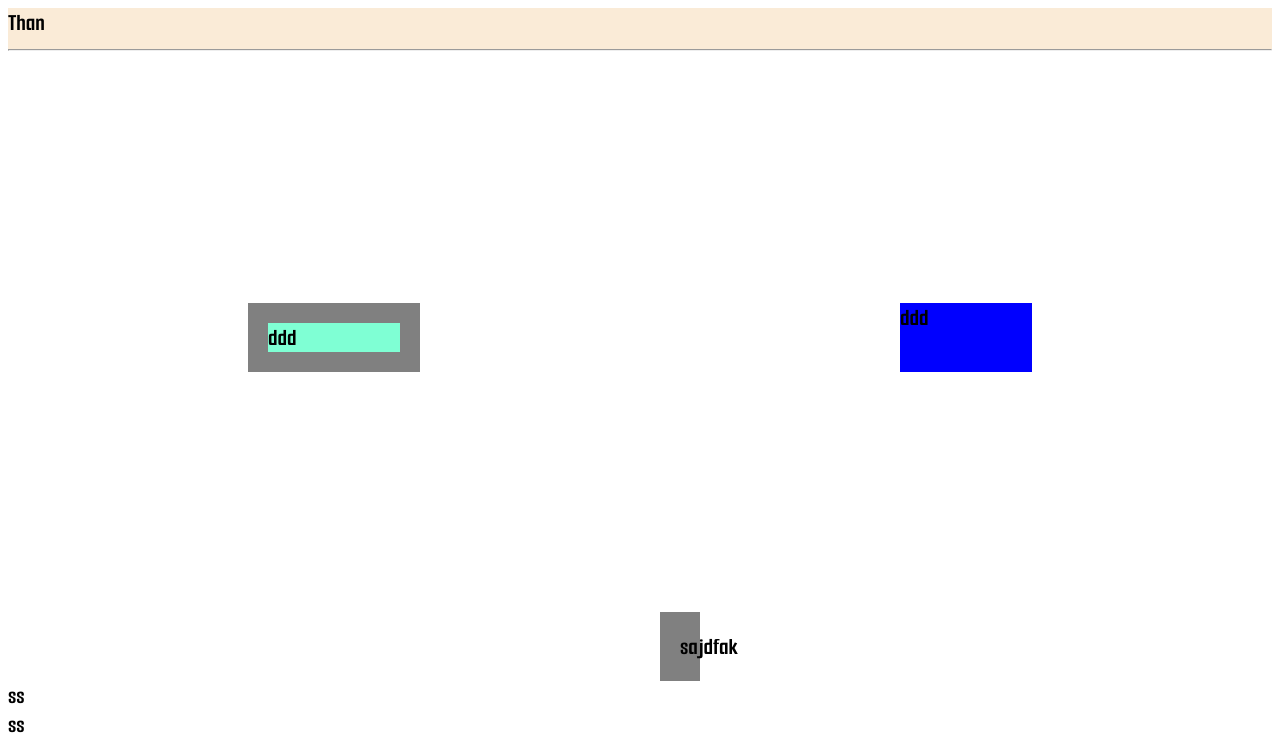
Repository: Than-dot/Than-dot
Page: index.html
An editor plug-in stored every save of this project. The page is shown before and after the next save, followed by the edit.
The browser window is 1280 px wide. The pictures show the whole page.

Above is the page before, as saved 2026-04-22 12:44:46.

After the next save:
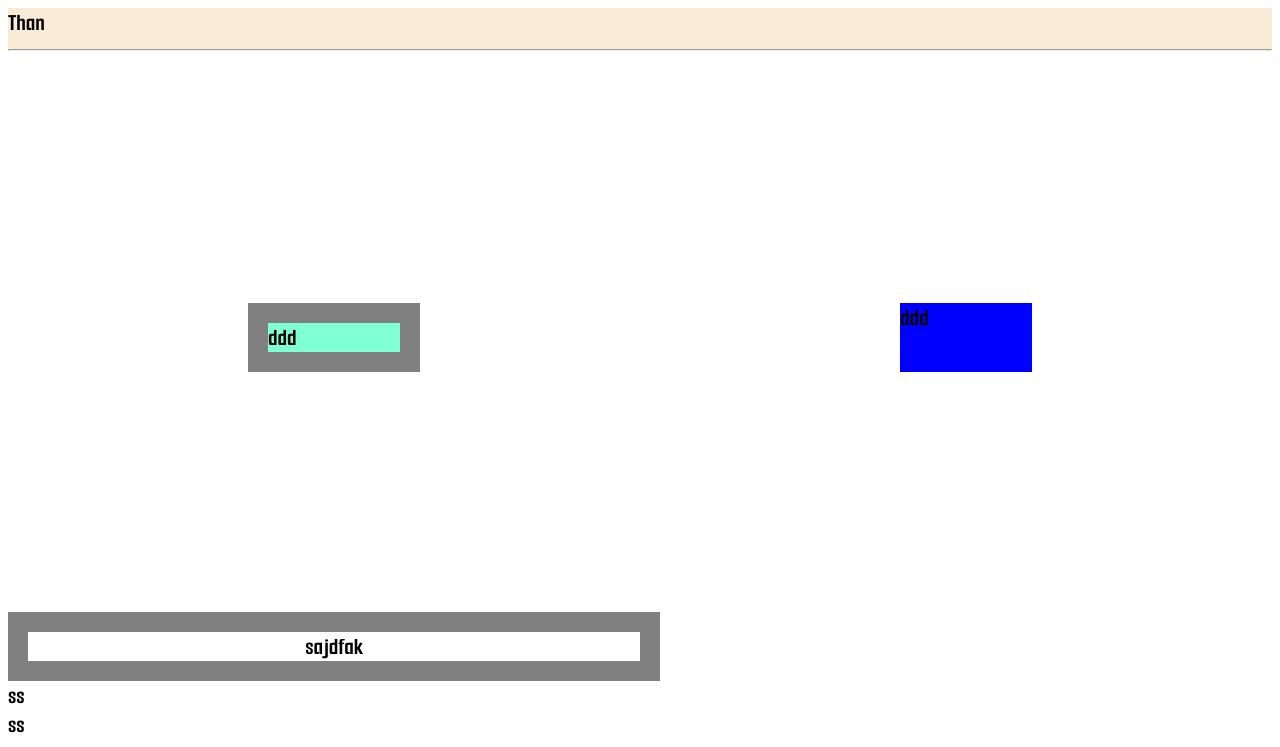
Saved 9 s later.
--- a/styles/index.css
+++ b/styles/index.css
@@ -19,7 +19,6 @@ header {
 }
 
 .stats {
-  margin-left: 100%;
   border: 20px solid grey;
   text-align: center;
 }
